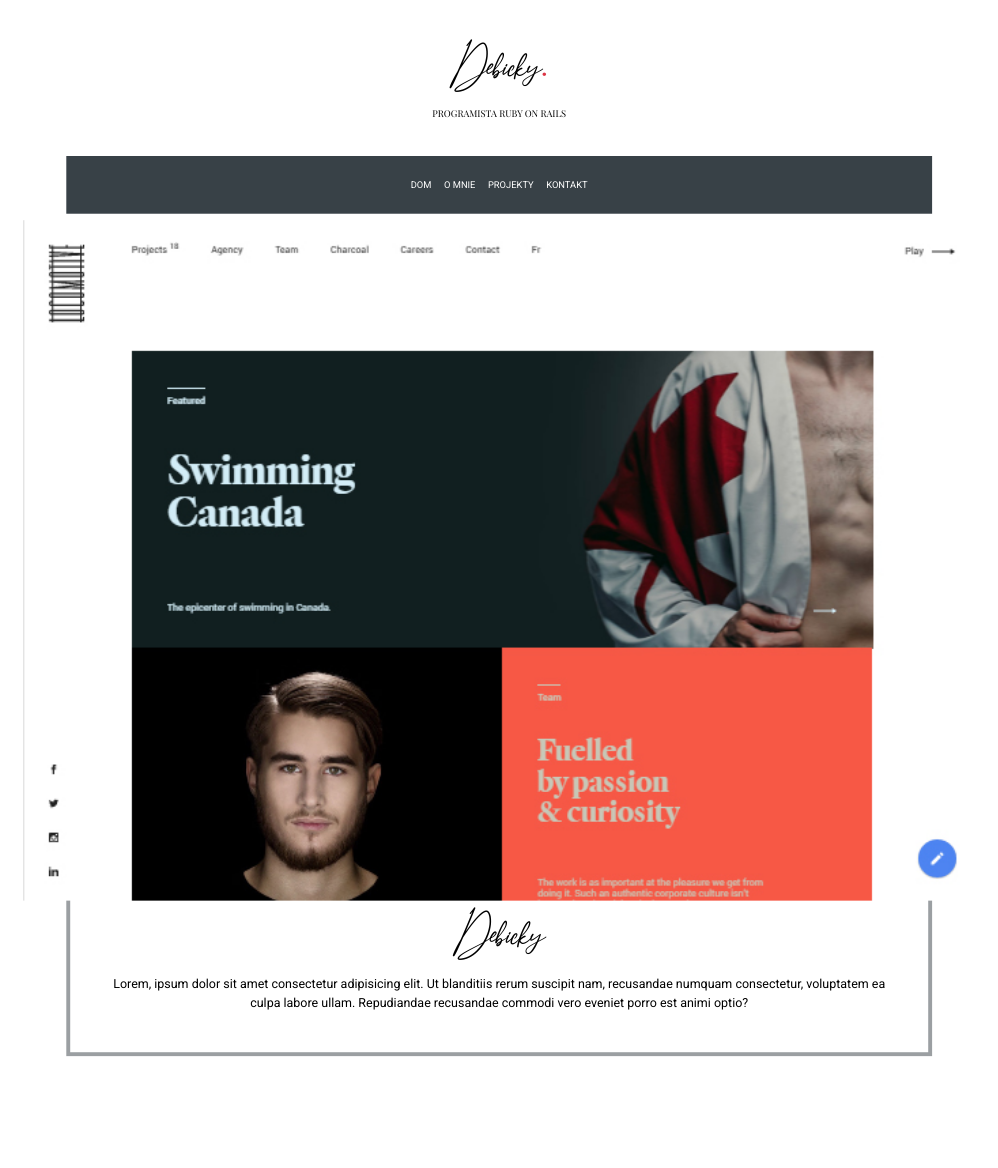
Repository: debicky/debicky.github.io
Page: index.html
An editor plug-in stored every save of this project. The page is shown before and after the next save, followed by the edit.
The browser window is 1280 px wide. The pictures show the whole page, at 78% of full size.
The pointer rests on the first visible `.about-image img`.
Some web libraries are served in a nearby version.

Above is the page before, as saved 2020-06-10 09:36:44.

After the next save:
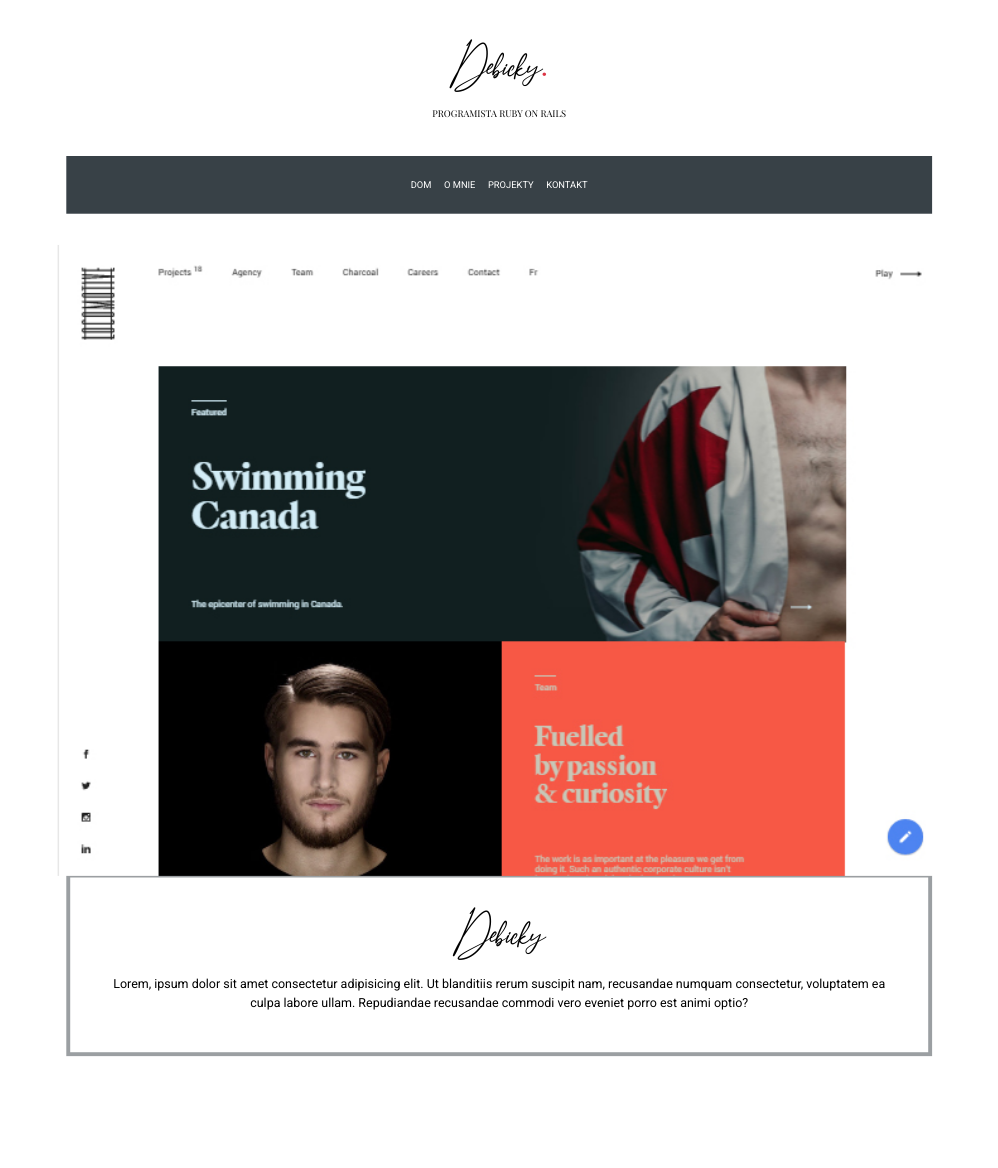
Saved 12 s later.
--- a/styles.css
+++ b/styles.css
@@ -106,5 +106,5 @@ header{
 }
 
 .about-image img:hover{
-  transform: scale(1.1);
+  transform: scale(1.02);
 }
